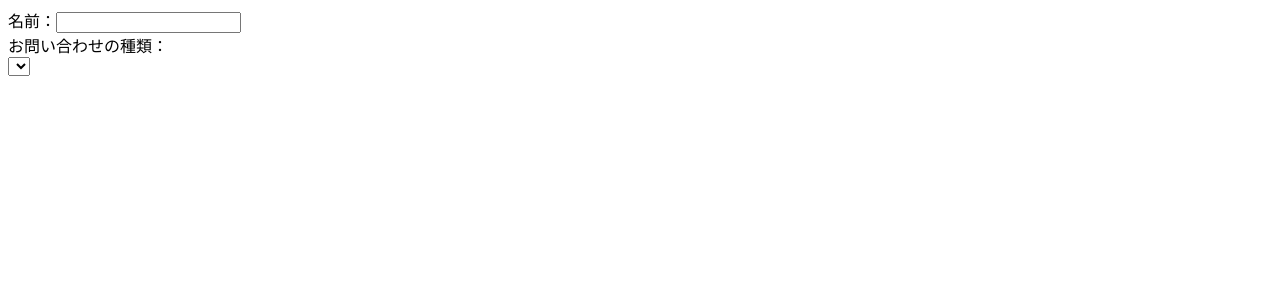
Repository: emiK1229/test
Page: http://localhost/WebProj/inquiry.jsp
These files come from the project's save history. The page is drawn as it stood at one moment and after the next save; the edit follows.
The browser window is 1280 px wide. The pictures show the whole page.
The page is served by Tomcat 9. Nobody is signed in. The application's start-up code is not run.

Above is the page before, as saved 2019-04-25 06:34:09.

After the next save:
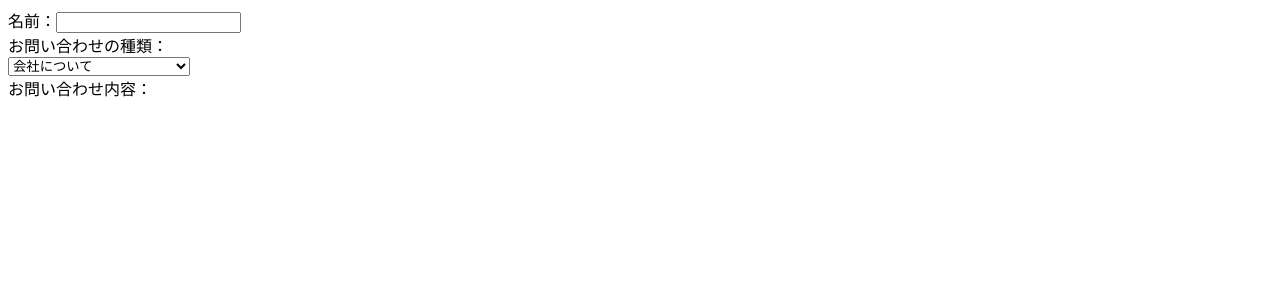
Saved 7 min 37 s later.
--- a/WebProj/WebContent/inquiry.jsp
+++ b/WebProj/WebContent/inquiry.jsp
@@ -12,7 +12,14 @@
 名前：<input type="text" name="name"/><br>
 お問い合わせの種類：<br>
 <select name="qtype">
-
+       <option value="company">会社について</option>
+       <option value="product">製品について</option>
+       <option value="support">アフターサポートについて</option>
+ </select>
+ <br>
+ お問い合わせ内容：
+ <s:textarea name="body" />
+ <br><s:submit value="登録">
 </select>
 </body>
 </html>
